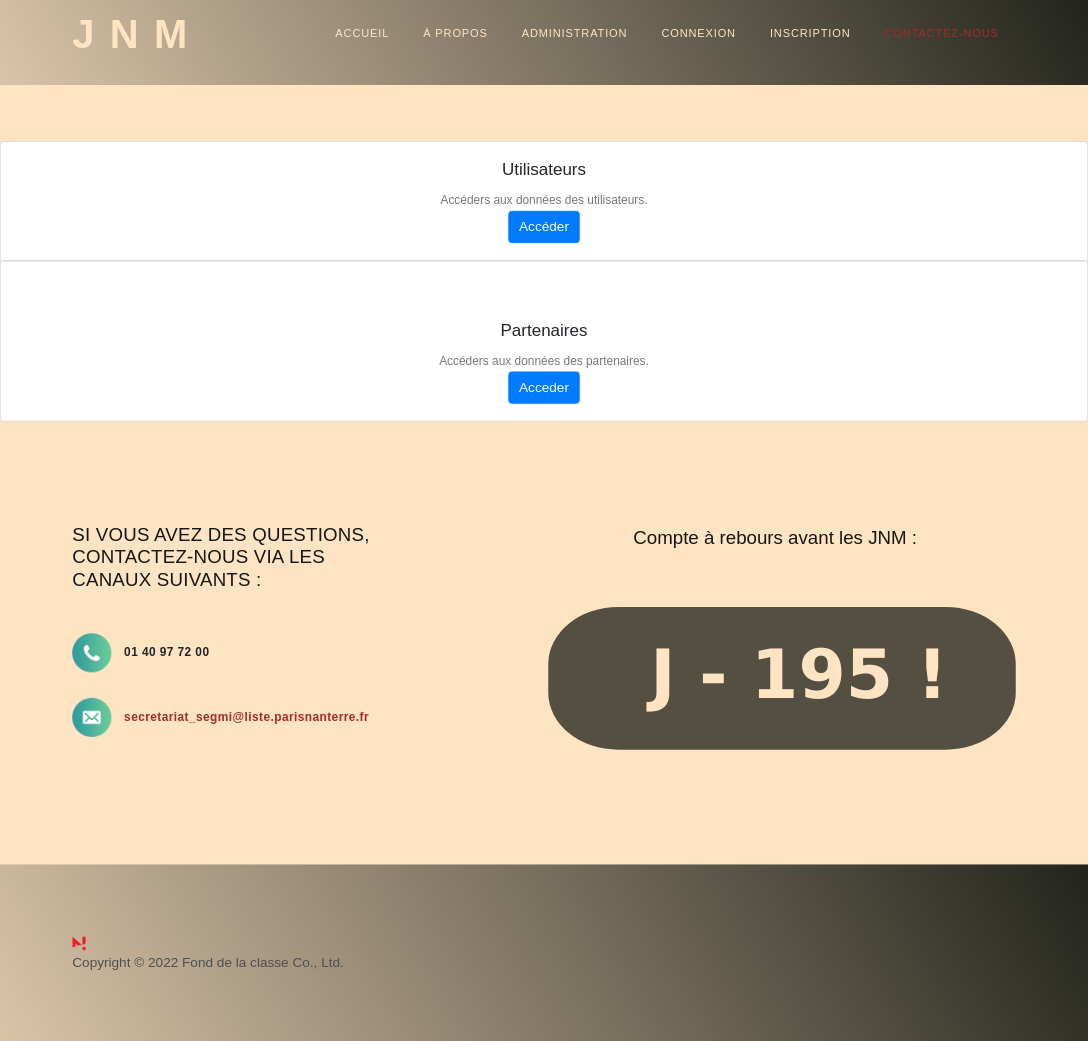
Repository: RiadNadri/ProjetWeb2022
Page: templates/Admin/admin.html.twig
An editor plug-in stored every save of this project. The page is shown before and after the next save, followed by the edit.
The browser window is 1280 px wide. The pictures show the whole page, at 85% of full size.
Some web fonts or font styles are not loaded; a fallback is used. The page is a Twig template of a Symfony application; nobody is signed in and links lead nowhere. The template is opened directly, without the code that normally fills it, so the values that code supplies are empty.

Above is the page before, as saved 2022-12-24 17:20:48.

### templates/Admin/admin.html.twig
{% extends 'base.html.twig' %}

{% block title %} Administration {% endblock %}


{% block body %}

<style>
    .buttonUser{
        margin-top: 0%;
        margin-bottom: 10%;
        margin-left: 25%;
    }
    .buttonPartenaire{
        margin-left:35%;
        font-size: xx-large;
    }
</style>

<div class="buttonUser">
    <div class="btn btn-light" >
        <a href="{{path('app_user')}}">Utilisateurs</a>
    </div>
    <div class="btn btn-light" >
        <a  href="{{path('app_partenaire')}}">Partenaires</a>
    </div>
</div>

<div class="card text-center">
  <div class="card-body">
    <h5 class="card-title">Utilisateurs</h5>
    <p class="card-text">Accéders aux données des utilisateurs.</p>
    <a href="{{path('app_user')}}" class="btn btn-primary">Accéder</a>
  </div>
</div>

<div class="card text-center">

  <div class="card-body mt-5">
    <h5 class="card-title">Partenaires</h5>
    <p class="card-text">Accéders aux données des partenaires.</p>
    <a href="{{path('app_partenaire')}}" class="btn btn-primary">Acceder</a>
  </div>
</div>
{% endblock %}

### templates/base.html.twig
<!DOCTYPE html>
<html>
    <head>
        <meta charset="UTF-8">
        <title>{% block title %}{% endblock %} - JNM</title>
        <meta name="viewport" content="width=device-width, initial-scale=1, shrink-to-fit=no">
        <meta name="description" content="">
        <meta name="author" content="">
        <link href="https://fonts.googleapis.com/css?family=Raleway:100,200,300,400,500,600,700,800,900&display=swap" rel="stylesheet">
        <link rel="shortcut icon" type= "image/png" href="{{ asset('img/favicon.png')}}" />

        {# Run `composer require symfony/webpack-encore-bundle` to start using Symfony UX #}

        <link rel="stylesheet" href="{{ asset('assets/css/bootstrap.min.css')}}">
        <link rel="stylesheet" href="{{ asset('assets/css/templatemo-breezed (1).css')}}">

        {% block stylesheets %}{% endblock %}

        {% block javascripts %}{% endblock %}
    </head>
    <body>

        <header class="header-area header-sticky">
        <div class="container">
            <div class="row">
                <div class="col-12">
                    <nav class="main-nav">
                        <!-- ***** Logo Start ***** -->
                        <a href="{{path('app_accueil')}}" class="logo">
                            JNM
                        </a>
                        <!-- ***** Logo End ***** -->
                        <!-- ***** Menu Start ***** -->
                        <ul class="nav">
                            <li class="scroll-to-section"><a href="{{path('app_accueil')}}" >Accueil</a></li>
                            <li class="scroll-to-section"><a href="#about">À propos</a></li>
                            <li class="scroll-to-section"><a href="{{path('app_admin')}}">Administration</a></li>
                            <li class="scroll-to-section"><a href="{{path('app_connexion')}}">Connexion</a></li>
                            {% if app.user %}
                                <li class="scroll-to-section"><a href="#réservation">Réservation</a></li>
                                <li class="scroll-to-section"><a href="{{path('app_profil')}}">Mon profil</a></li>
                                <li class="scroll-to-section"><a href="{{path('app_deconnexion')}}">Deconnexion</a></li>
                            {% else %}
                                <li class="scroll-to-section"><a href="{{path('app_inscription')}}">Inscription</a></li>
                            {% endif %}
                            <li class="scroll-to-section"><a href="#contact-us" class="active">Contactez-Nous</a></li>


                        </ul>

                        <!-- ***** Menu End ***** -->
                    </nav>
                </div>
            </div>
        </div>
    </header>

    {% block body %}
    <section class="section" id="about">
        <div class="container">
            <div class="row">
                <div class="col-lg-6 col-md-6 col-xs-12">
                    <div class="left-text-content">
                        <div class="section-heading">
                            <h6>À propos des Journées Nationales de la MIAGE</h6>
                            <h2>Certains de nos partenaires</h2>
                        </div>
                        <div class="row">
                            <div class="col-md-6 col-sm-6">
                                <div class="service-item">
                                    <a href="https://pepsi.fr/" rel ="nofollow noopener" target="_blank"> <img src="{{ asset('img/Pepsi-Logo-PNG-Pic.png')}}" alt=""> </a>
                                    <h4><a rel="nofollow noopener" href="https://pepsi.fr/" target="_blank">Pepsi</a></h4>
                                </div>
                            </div>
                            <div class="col-md-6 col-sm-6">
                                <div class="service-item">
                                    <a href="https://www.beinsports.com/france/" rel ="nofollow noopener" target="_blank"> <img src="{{ asset('img/Bein_sport_logo.png')}}" alt=""> </a>
                                    <h4><a rel="nofollow noopener" href="https://www.beinsports.com/france/" target="_blank">BeIn Sport</a></h4>
                                </div>
                            </div>
                            <div class="col-md-6 col-sm-6">
                                <div class="service-item">
                                    <a href="https://www.canalplus.com/" rel ="nofollow noopener" target="_blank"> <img src="{{ asset('img/canal-logo-png-transparent.png')}}" alt=""> </a>
                                    <h4><a rel="nofollow noopener" href="https://www.canalplus.com/" target="_blank">Canal +</a></h4>
                                </div>
                            </div>
                            <div class="col-md-6 col-sm-6">
                                <div class="service-item">
                                    <a href="https://www.wwf.fr/" rel ="nofollow noopener" target="_blank"> <img src="{{ asset('img/panda.png')}}" alt=""> </a>
                                    <h4><a rel="nofollow noopener" href="https://www.wwf.fr/" target="_blank">WWF</a></h4>
                                </div>
                            </div>
                            <div class="col-md-12">
                                <a href="#" class="main-button-icon">
                                    En savoir plus
                                </a>
                            </div>
                        </div>
                    </div>
                </div>
                <div class="col-lg-6 col-md-6 col-xs-12">
                    <div class="right-text-content">
                        <p>Les Journées Nationales de la Miage sont organisées par <a rel="nofollow noopener" href="https://www.parisnanterre.fr/" target="_blank">L'Université Paris Nanterre</a> en 2023.
                        <br><br>Du 01/06/2023 au 04/06/2023 venez participer aux Journées Nationales de la MIAGE aux portes de Paris sur le campus de Nanterre. Retrouvez-y toutes les MIAGE de France pour partager un bon moment.
                      <br><br>Prenez part aux différentes activités et profitez-en pour élargir votre réseau miagiste !</p>
                    </div>
                </div>
            </div>
        </div>
    </section>

    <section class="section" id="features">
        <div class="container">
            <div class="row">
                <div class="col-lg-4 col-md-6 col-sm-12 col-xs-12" data-scroll-reveal="enter left move 30px over 0.6s after 0.4s">
                    <div class="features-item">
                        <div class="features-icon">
                            <img src="{{ asset('img/Icone.png')}}" height="30px" width="30px" alt="">
                        </div>
                        <div class="features-content">
                            <h4>Le campus de Nanterre</h4>
                            <p>Situé à proximité du quartier d'affaires da La Défense, le campus de Nanterre s'étend sur 30 hectares.<br> Chaque année, il accueille plus de 40 000 étudiants et met à leur disposition divers types d'infrastructures permettant de pratiquer des activités sportives et culturelles !</p>
                            <a href="https://www.parisnanterre.fr/" target="_blank" class="text-button-icon">
                                En savoir plus
                            </a>
                        </div>
                    </div>
                </div>
                <div class="col-lg-4 col-md-6 col-sm-12 col-xs-12" data-scroll-reveal="enter bottom move 30px over 0.6s after 0.4s">
                    <div class="features-item">
                        <div class="features-icon">
                            <img src="{{ asset('img/miage.png')}}" height="30px" width="30px" alt="">
                        </div>
                        <div class="features-content">
                            <h4>La Miage de Nanterre</h4>
                            <p>Intégrée au sein de l'Unité de Formation et de Recherche
                                <a href="https://ufr-segmi.parisnanterre.fr/" rel="nofollow noopener" target="_blank">
                                SEGMI
                                </a> au bâtiment Allais (G), la MIAGE de Nanterre</p>
                            <a href="https://miage.parisnanterre.fr/" class="text-button-icon">
                                En savoir plus
                            </a>
                        </div>
                    </div>
                </div>
                <div class="col-lg-4 col-md-6 col-sm-12 col-xs-12" data-scroll-reveal="enter right move 30px over 0.6s after 0.4s">
                    <div class="features-item">
                        <div class="features-icon">
                            <img src="{{ asset('img/eiffel.png')}}" height="50px" width="50px"alt="">
                        </div>
                        <div class="features-content">
                            <h4>Le séjour à Paris</h4>
                            <p>Vous pourrez profiter d'ếtre aux portes de Paris pour visiter la capitale. La ligne du RER A vous permettra de rejoindre le centre-ville en moins de 30 minutes.<br> Allez explorer le 1er arrondissement riche en culture, ou manger dans l'un des 18 000 restaurants parisiens !</p>
                            <a href="https://www.parisinfo.com/visiter-a-paris" class="text-button-icon">
                                En savoir plus
                            </a>
                        </div>
                    </div>
                </div>
            </div>
        </div>
    </section>
    {% endblock %}


    <!-- ***** Contact Us Area Starts ***** -->
    <section class="section" id="contact-us">
        <div class="container">
            <div class="row">
                <div class="col-lg-4 col-md-4 col-xs-12">
                    <div class="left-text-content">
                        <div class="section-heading">
                            <h6>Si vous avez des questions, Contactez-nous via les canaux suivants :</h6>
                        </div>
                        <ul class="contact-info">
                            <li><img src="{{ asset('img/contact-info-01.png')}}" alt="">01 40 97 72 00</li>
                            <li><img src="{{ asset('img/contact-info-02.png')}}" alt=""><a href="mailto:secretariat_segmi@liste.parisnanterre.fr">secretariat_segmi@liste.parisnanterre.fr</a></li>
                        </ul>
                    </div>
                </div>

                <div class="col-lg-8 col-md-6 col-xs-12">
                    <div class="section-heading">
                        <h7>Compte à rebours avant les JNM :</h7>
                    </div>
                    <div class="cpt">

                        <label id="Compte"></label>
                            <script type="text/javascript" >
                                var Affiche=document.getElementById("Compte");
                                function Rebour() {
                                 var date1 = new Date();
                                 var date2 = new Date ("Jun 1, 2023 00:00:00");
                                 var sec = (date2 - date1) / 1000;
                                 var n = 24 * 3600;
                                 if (sec > 0) {
                                        j = Math.floor (sec / n);
                                        Affiche.innerHTML = "J - " + j + " !";
                                 }
                                 tRebour=setTimeout ("Rebour();", 1000);
                                }
                             Rebour();
                            </script>

                    </div>
                </div>

            </div>
        </div>
    </section>


    </body>


    <!-- ***** Footer Start ***** -->
    <footer>
        <div class="container">
            <div class="row">
                <div class="col-lg-6 col-xs-12">
                    <div class="left-text-content">
                        <a rel="nofollow noopener" href="https://www.parisnanterre.fr/" target="_blank"><img src="{{ asset('img/Icone.png')}}" alt=""><br>Copyright &copy; 2022 Fond de la classe Co., Ltd. </a>
                    </div>
                </div>

            </div>
        </div>
    </footer>
</html>

Loaded but not shown: public/assets/css/bootstrap.min.css (library); public/assets/css/templatemo-breezed (1).css (908 lines, source omitted)

After the next save:
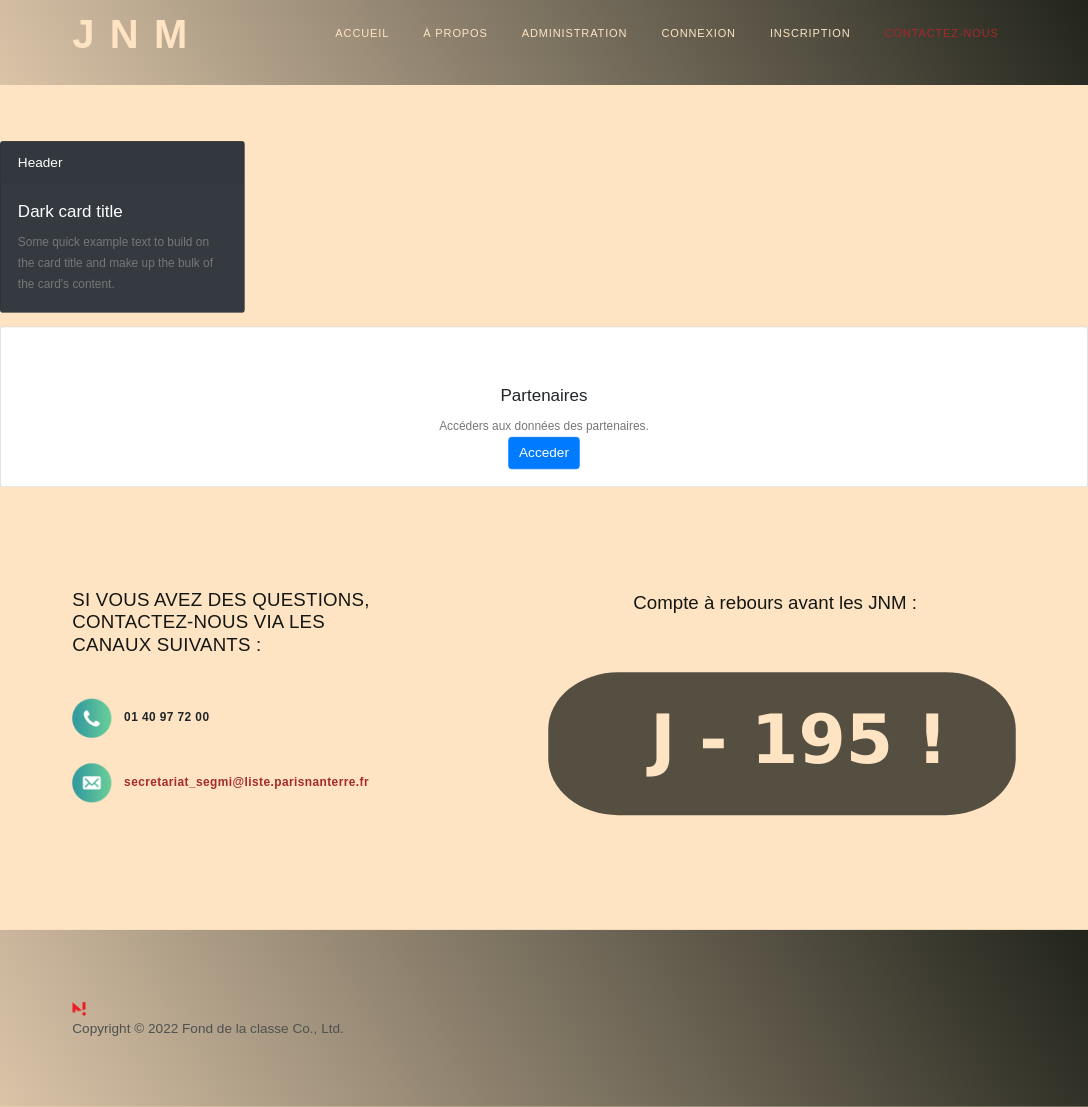
Saved 65 s later.
--- a/templates/Admin/admin.html.twig
+++ b/templates/Admin/admin.html.twig
@@ -26,11 +26,11 @@
     </div>
 </div>
 
-<div class="card text-center">
+<div class="card text-white bg-dark mb-3" style="max-width: 18rem;">
+  <div class="card-header">Header</div>
   <div class="card-body">
-    <h5 class="card-title">Utilisateurs</h5>
-    <p class="card-text">Accéders aux données des utilisateurs.</p>
-    <a href="{{path('app_user')}}" class="btn btn-primary">Accéder</a>
+    <h5 class="card-title">Dark card title</h5>
+    <p class="card-text">Some quick example text to build on the card title and make up the bulk of the card's content.</p>
   </div>
 </div>
 
